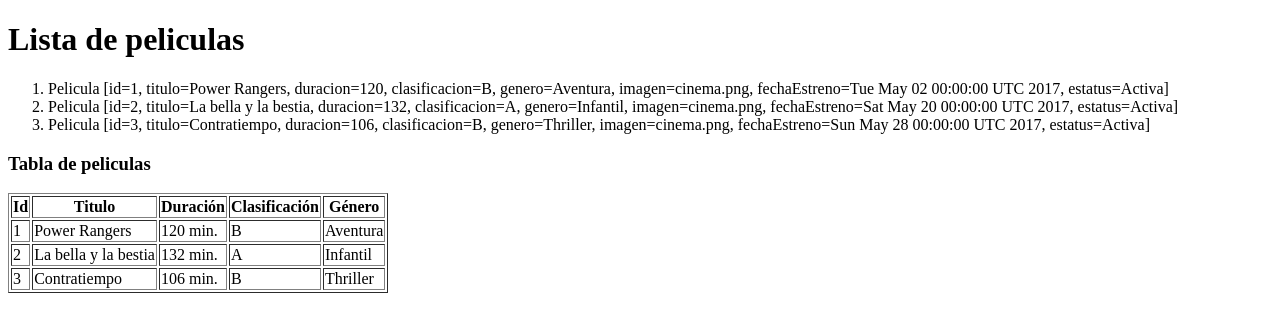
Repository: carlosgijon/Curso-Spring-e-Hibernate
Page: http://localhost/cineapp/
The author's editor kept a copy of each file at every save. The page is drawn from the files as they stood at one save, then again after the next save.
The browser window is 1280 px wide. The pictures show the whole page.
The page is served by Tomcat 9. Other server files are loaded and not shown.

Above is the page before, as saved 2018-10-01 10:45:15.

### cineapp/webapp/WEB-INF/views/home.jsp
<%@ page language="java" contentType="text/html; charset=ISO-8859-1"
    pageEncoding="ISO-8859-1"%>

<!-- Agregamos la libreria jstl para recorrer el listado de peliculas  -->
<%@taglib uri="http://java.sun.com/jsp/jstl/core" prefix="c"%>

<!DOCTYPE html PUBLIC "-//W3C//DTD HTML 4.01 Transitional//EN" "http://www.w3.org/TR/html4/loose.dtd">
<html>
<head>
<meta http-equiv="Content-Type" content="text/html; charset=ISO-8859-1">
<title>Bienvenido a Cineapp</title>
</head>
<body>
	<h1>Lista de peliculas</h1>
	<ol>
		<c:forEach items="${ peliculas}" var="pelicula">
			<li>${pelicula}</li>
		</c:forEach>
	</ol>

	<h3>Tabla de peliculas</h3>
	<table border="1">
		<thead>
			<tr>
				<th>Id</th>
				<th>Titulo</th>
				<th>Duración</th>
				<th>Clasificación</th>
				<th>Género</th>
			</tr>
		</thead>
		<tbody>
			<c:forEach items="${ peliculas}" var="pelicula">
				<tr>
					<td>${pelicula.id }</td>
					<td>${pelicula.titulo }</td>
					<td>${pelicula.duracion } min.</td>
					<td>${pelicula.clasificacion }</td>
					<td>${pelicula.genero }</td>
				</tr>
			</c:forEach>
		</tbody>
	</table>

</body>
</html>

### cineapp/src/main/java/net/itinajero/app/model/Pelicula.java
package net.itinajero.app.model;

import java.util.Date;

public class Pelicula {

	// Creamos las propiedades del objeto pelicula
	private int id;
	private String titulo;
	private int duracion;
	private String clasificacion;
	private String genero;
	private String imagen = "cinema.png";  // Imagen por defecto
	private Date fechaEstreno;
	private String estatus = "Activa";

	// SETTERs y GETTERs se hace boton derecho > source > Generate setter and getter
	public int getId() {
		return id;
	}

	public void setId(int id) {
		this.id = id;
	}

	public String getTitulo() {
		return titulo;
	}

	public void setTitulo(String titulo) {
		this.titulo = titulo;
	}

	public int getDuracion() {
		return duracion;
	}

	public void setDuracion(int duracion) {
		this.duracion = duracion;
	}

	public String getClasificacion() {
		return clasificacion;
	}

	public void setClasificacion(String clasificacion) {
		this.clasificacion = clasificacion;
	}

	public String getGenero() {
		return genero;
	}

	public void setGenero(String genero) {
		this.genero = genero;
	}

	public String getImagen() {
		return imagen;
	}

	public void setImagen(String imagen) {
		this.imagen = imagen;
	}

	public Date getFechaEstreno() {
		return fechaEstreno;
	}

	public void setFechaEstreno(Date fechaEstreno) {
		this.fechaEstreno = fechaEstreno;
	}

	public String getEstatus() {
		return estatus;
	}

	public void setEstatus(String estatus) {
		this.estatus = estatus;
	}



	// Sobreescribimos el método toString para saber el valor del objeto.
	// Se hace boton derecho > source > generate toString();
	@Override
	public String toString() {
		return "Pelicula [id=" + id + ", titulo=" + titulo + ", duracion=" + duracion + ", clasificacion="
				+ clasificacion + ", genero=" + genero + ", imagen=" + imagen + ", fechaEstreno=" + fechaEstreno
				+ ", estatus=" + estatus + "]";
	}

}

After the next save:
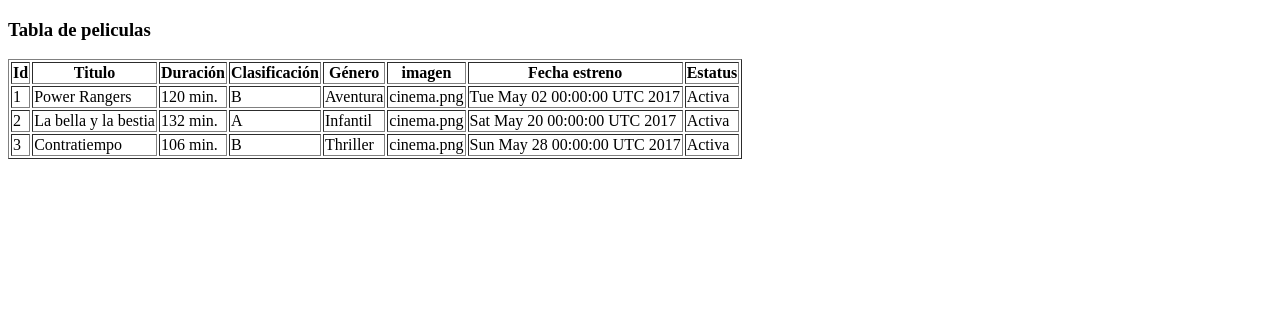
Saved 9 min 27 s later.
--- a/cineapp/webapp/WEB-INF/views/home.jsp
+++ b/cineapp/webapp/WEB-INF/views/home.jsp
@@ -11,12 +11,15 @@
 <title>Bienvenido a Cineapp</title>
 </head>
 <body>
+	<%--
 	<h1>Lista de peliculas</h1>
 	<ol>
 		<c:forEach items="${ peliculas}" var="pelicula">
 			<li>${pelicula}</li>
 		</c:forEach>
 	</ol>
+	 --%>
+
 
 	<h3>Tabla de peliculas</h3>
 	<table border="1">
@@ -27,6 +30,9 @@
 				<th>Duración</th>
 				<th>Clasificación</th>
 				<th>Género</th>
+				<th>imagen</th>
+				<th>Fecha estreno</th>
+				<th>Estatus</th>
 			</tr>
 		</thead>
 		<tbody>
@@ -37,6 +43,9 @@
 					<td>${pelicula.duracion } min.</td>
 					<td>${pelicula.clasificacion }</td>
 					<td>${pelicula.genero }</td>
+					<td>${pelicula.imagen }</td>
+					<td>${pelicula.fechaEstreno }</td>
+					<td>${pelicula.estatus }</td>
 				</tr>
 			</c:forEach>
 		</tbody>
